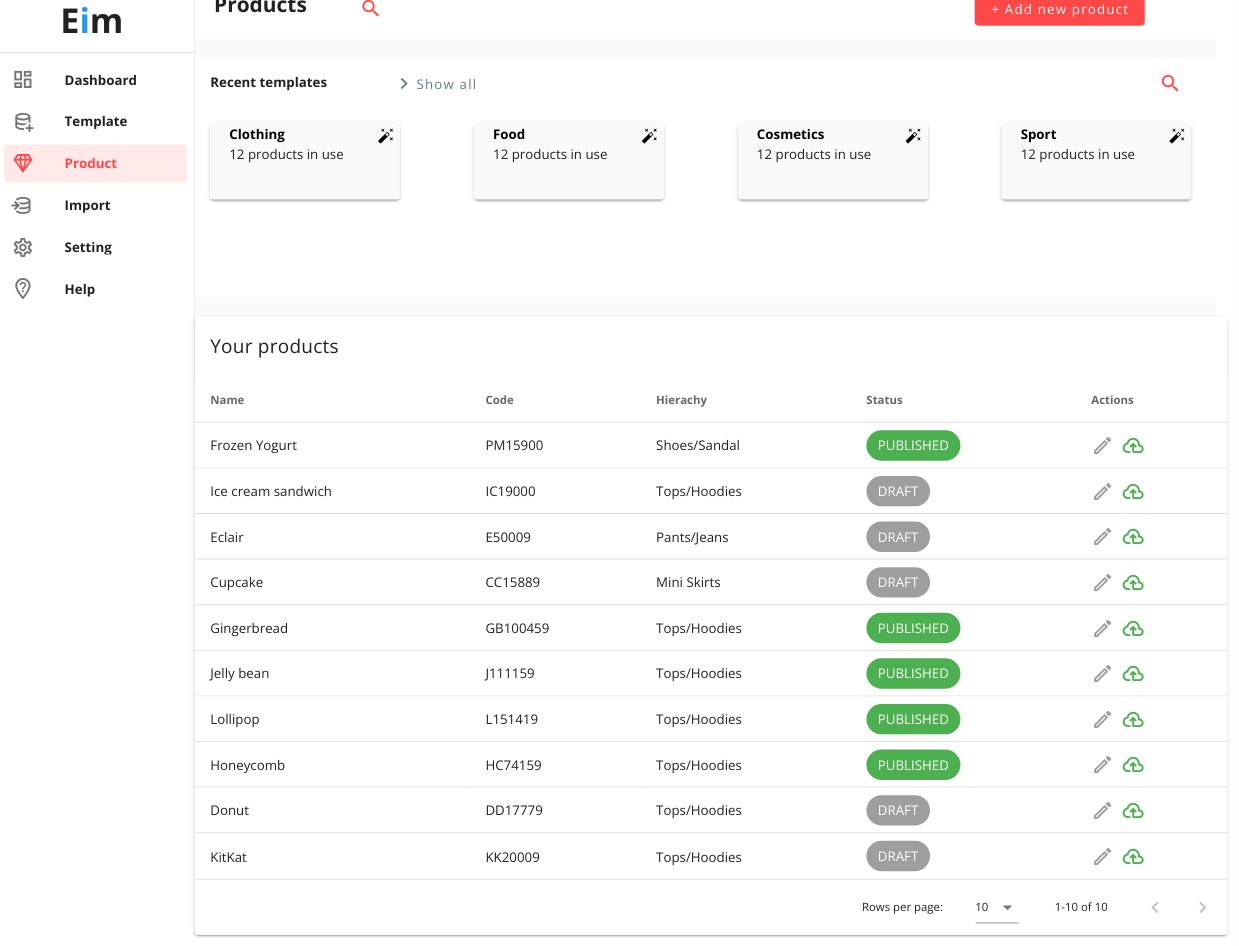
Repository: nguyenphuong152/pim-template
Page: /product
These files come from the project's save history. The page is drawn as it stood at one moment and after the next save; the edit follows.
The browser window is 1280 px wide. The page is 1304 px wide, so the pictures cover 1304 px, including what lies to the right of the window. The pictures show the whole page, at 95% of full size.
The project was rebuilt for these pictures with package versions that can differ from the ones it lists, and the page was loaded fresh each time. Also part of the build but not shown: vue.config.js, src/views/Home.vue, src/components/Outcome_1/SearchTemplate.vue, src/components/Outcome_1/YourTemplate.vue, src/components/Outcome_1/ListComponent.vue, src/components/Outcome_1/AddInfo.vue, src/components/Outcome_1/AddDetail.vue, src/components/Outcome_1/ListComponentProgressive.vue and 18 more.

Above is the page before, as saved 2021-01-19 09:23:05.

### public/index.html
<!DOCTYPE html>
<html lang="en">
  <head>
    <meta charset="utf-8" />
    <meta http-equiv="X-UA-Compatible" content="IE=edge" />
    <meta name="viewport" content="width=device-width,initial-scale=1.0" />
    <link rel="icon" href="<%= BASE_URL %>favicon.ico" />
    <link rel="preconnect" href="https://fonts.gstatic.com" />
    <link rel="preconnect" href="https://fonts.gstatic.com" />
    <link rel="preconnect" href="https://fonts.gstatic.com" />
    <link
      href="https://fonts.googleapis.com/css2?family=Open+Sans:wght@300;400;600;700;800&display=swap"
      rel="stylesheet"
    />
    <link
      href="https://fonts.googleapis.com/css?family=Montserrat:300,400,500,600,700"
      rel="stylesheet"
    />
    <title><%= htmlWebpackPlugin.options.title %></title>
    <link
      rel="stylesheet"
      href="https://fonts.googleapis.com/css?family=Roboto:100,300,400,500,700,900"
    />
    <link
      rel="stylesheet"
      href="https://cdn.jsdelivr.net/npm/@mdi/font@latest/css/materialdesignicons.min.css"
    />
  </head>
  <body>
    <noscript>
      <strong
        >We're sorry but <%= htmlWebpackPlugin.options.title %> doesn't work
        properly without JavaScript enabled. Please enable it to
        continue.</strong
      >
    </noscript>
    <div id="app"></div>
    <!-- built files will be auto injected -->
  </body>
</html>

### src/main.js
import Vue from "vue";
import App from "./App.vue";
import router from "./router";
import "../sass/style.scss";
import vuetify from "./plugins/vuetify";
import store from "./store";
import { VueMaskDirective } from "v-mask";
Vue.directive("mask", VueMaskDirective);

Vue.config.productionTip = false;

new Vue({
  store,
  router,
  vuetify,
  render: (h) => h(App),
}).$mount("#app");

### src/App.vue
<template>
  <v-app v-bind:style="{ background: activeColor }">
    <v-card height="80" flat class="hidden-md-and-up align-baseline">
      <v-row style="height:0px">
        <v-col class="px-0" cols="3">
          <span class="logo text-start">
            E<span class="blue--text">i</span>m</span
          >
        </v-col>
        <v-col>
          <div class="text-end">
            <v-menu offset-y>
              <template v-slot:activator="{ on }">
                <v-app-bar-nav-icon v-on="on"></v-app-bar-nav-icon>
              </template>
              <v-list>
                <v-list-item
                  v-for="(item, index) in items"
                  :key="index"
                  :to="item.path"
                  color="blue"
                >
                  <v-list-item-title class="text-start">{{
                    item.title
                  }}</v-list-item-title>
                </v-list-item>
              </v-list>
            </v-menu>
          </div>
        </v-col>
      </v-row>
    </v-card>

    <v-row>
      <v-col cols="2" class="pa-0 hidden-xs-only">
        <v-navigation-drawer permanent width="220" class="hidden-xs-only">
          <v-list-item>
            <v-list-item-content>
              <v-list-item-title class="logo">
                E<span class="blue--text">i</span>m
              </v-list-item-title>
            </v-list-item-content>
          </v-list-item>

          <v-divider></v-divider>

          <v-list dense nav class="text-start pl-4">
            <v-list-item
              v-for="item in items"
              :key="item.title"
              :to="item.path"
              color="#FF4848"
            >
              <v-list-item-icon>
                <v-icon>{{ item.icon }}</v-icon>
              </v-list-item-icon>
              <v-list-item-content>
                <v-list-item-title class="template-title font-weight-bold ">{{
                  item.title
                }}</v-list-item-title>
              </v-list-item-content>
            </v-list-item>
          </v-list>
        </v-navigation-drawer>
      </v-col>
      <v-col class="pa-0">
        <router-view />
      </v-col>
    </v-row>
  </v-app>
</template>

<script>
export default {
  name: "App",
  components: {},
  watch: {
    $route(to) {
      document.title = `${to.meta.title}`;
    },
  },
  data() {
    return {
      clicked: false,
      activeColor: "#FAFAFA",
      items: [
        { title: "Dashboard", icon: "mdi-view-dashboard-outline", path: "" },
        {
          title: "Template",
          icon: "mdi-database-plus-outline",
          path: "/template",
        },
        { title: "Product", icon: "mdi-diamond-stone", path: "/product" },
        {
          title: "Import",
          icon: "mdi-database-import-outline",
          path: "/import",
        },

        { title: "Setting", icon: "mdi-cog-outline", path: "" },
        { title: "Help", icon: "mdi-map-marker-question-outline", path: "" },
      ],
      right: null,
    };
  },
};
</script>

### src/router/index.js
import Vue from "vue";
import VueRouter from "vue-router";
import Home from "../views/Home.vue";
import Template from "../views/Outcome_1/CreateProductTemplate.vue";
import Product from "../views/Outcome_2/Outcome_2_screen.vue";
import AddProduct from "../views/Outcome_2/AddProduct.vue";
import Import from "../views/Outcome_3/outcome3_screen.vue";

Vue.use(VueRouter);

const routes = [
  {
    path: "/",
    name: "Home",
    component: Home,
  },
  {
    path: "/template",
    name: "Template",
    component: Template,
    meta: {
      title: "Add Template",
    },
  },
  {
    path: "/product",
    name: "Product",
    component: Product,
    meta: {
      title: "Product",
    },
  },
  {
    path: "/addproduct/:name",
    name: "AddProduct",
    component: AddProduct,
    meta: {
      title: "Add Product",
    },
  },
  {
    path: "/import",
    name: "Import",
    component: Import,
    meta: {
      title: "Import",
    },
  },
  {
    path: "/about",
    name: "About",
    // route level code-splitting
    // this generates a separate chunk (about.[hash].js) for this route
    // which is lazy-loaded when the route is visited.
    component: () =>
      import(/* webpackChunkName: "about" */ "../views/About.vue"),
  },
];

const router = new VueRouter({
  mode: "history",
  base: process.env.BASE_URL,
  routes,
});

export default router;

### sass/style.scss
$font-primary: 'Open Sans',
sans-serif;

@import "~vuetify/src/styles/styles.sass";

$fontsize-content: 14px;
$fontsize-title: 24px;
$fontsize-logo:36px;
$fontsize-header:22px;
$fontsize-nav:20px;


#app {
  font-family: $font-primary;
   font-size:$fontsize-content;
  -webkit-font-smoothing: antialiased;
  -moz-osx-font-smoothing: grayscale;
  text-align: center;
  color: #2c3e50;
}

#nav {
  padding: 30px;
}

#nav a {
  font-weight: bold;
  color: #2c3e50;
}

#nav a.router-link-exact-active {
  color: #42b983;
}

.title {
  font: $font-primary !important;
  font-size: $fontsize-nav !important;
}

.logo {
  @extend .title;
  font-weight: 700 !important;
  font-size: $fontsize-logo !important;
}

.text-header {
  font: $font-primary !important;
  font-size: $fontsize-header !important;
  font-weight: 700;
}


.template-title {
  @extend .title;
  font-size: $fontsize-content !important;
}

### src/store/index.js
import Vue from "vue";
import Vuex from "vuex";

Vue.use(Vuex);

import state from "./state";
import * as getters from "./getters";
import * as mutations from "./mutations";
import * as actions from "./actions";

export default new Vuex.Store({
  state,
  getters,
  mutations,
  actions,
});

### src/views/Outcome_2/Outcome_2_screen.vue
<template>
  <div>
    <v-row>
      <v-col height="100%"
        ><Search />
        <br />
        <RecentTemplate />
        <br />
        <ListProduct
          :class="{
            'mx-6': $vuetify.breakpoint.smAndDown,
            'ma-0': $vuetify.breakpoint.mdAndUp,
          }"
        />
      </v-col>
    </v-row>
  </div>
</template>

<script>
import Search from "../../components/Outcome_2/SearchProduct";
import RecentTemplate from "../../components/Outcome_2/RecentTemplate";
import ListProduct from "../../components/Outcome_2/ListProduct";
export default {
  components: {
    Search,
    RecentTemplate,
    ListProduct,
  },
};
</script>

<style></style>

### src/store/state.js
export default {
  listNewComponent: [],

  basicInfo: [],
  textComponent: [],
  imageComponent: null,
  videoComponent: null,
  colorComponent: null,
  dateComponent: [],
  selectComponent: {
    selectionTitle: [],
  },
  listTemplate: [],
  customComponent: [],

  toogleRerenderComponent: 0,
  generateImage: 1,
};

### src/store/getters.js
export const listComponent = (state) => {
  return state.listNewComponent;
};

export const basicInfo = (state) => {
  return state.basicInfo;
};

export const textComponent = (state) => {
  return state.textComponent;
};
export const imageComponent = (state) => {
  return state.imageComponent;
};
export const videoComponent = (state) => {
  return state.videoComponent;
};
export const colorComponent = (state) => {
  return state.colorComponent;
};
export const dateComponent = (state) => {
  return state.dateComponent;
};
export const selectComponent = (state) => {
  return state.selectComponent;
};

export const key = (state) => {
  return state.toogleRerenderComponent;
};

export const listTemplate = (state) => {
  return state.listTemplate;
};

export const generateImage = (state) => {
  return state.generateImage;
};

### src/store/actions.js
export const addComponentToList = ({ commit }, { component }) => {
  commit("ADD_TO_LIST", { component });
};

export const deleteComponentFromList = ({ commit }, component) => {
  commit("DELETE_FROM_LIST", component);
};

export const addBasicInfoForTemplate = ({ commit }, { basicInfo }) => {
  commit("ADD_BASIC_INFO_FOR_TEMPLATE", basicInfo);
};

export const addTextComponentForTemplate = ({ commit }, { textComponent }) => {
  commit("ADD_TEXT_COMPONENT_FOR_TEMPLATE", textComponent);
};

export const addImageComponentForTemplate = ({ commit }, { countImage }) => {
  commit("ADD_IMAGE_COMPONENT_FOR_TEMPLATE", countImage);
};

export const addVideoComponentForTemplate = ({ commit }, { countVideo }) => {
  commit("ADD_VIDEO_COMPONENT_FOR_TEMPLATE", countVideo);
};

export const addColorComponentForTemplate = ({ commit }, { countColor }) => {
  commit("ADD_COLOR_COMPONENT_FOR_TEMPLATE", countColor);
};

export const addDateComponentForTemplate = ({ commit }, { dateComponent }) => {
  commit("ADD_DATE_COMPONENT_FOR_TEMPLATE", dateComponent);
};

export const addSelectComponentForTemplate = (
  { commit },
  { title, selections }
) => {
  commit("ADD_SELECT_COMPONENT_FOR_TEMPLATE", { title, selections });
};

export const rerenderComponent = ({ commit }) => {
  commit("RERENDER_COMPONENT");
};

export const generateImage = ({ commit }) => {
  commit("GENERATE_IMAGE");
};

export const deleteListTemplate = ({ commit }) => {
  commit("DELETE_LIST");
};

export const createTemplate = (
  { commit },
  {
    name,
    basicInfo,
    textComponent,
    imageComponent,
    videoComponent,
    colorComponent,
    dateComponent,
    selectComponent,
  }
) => {
  commit("CREATE_TEMPLATE", {
    name,
    basicInfo,
    textComponent,
    imageComponent,
    videoComponent,
    colorComponent,
    dateComponent,
    selectComponent,
  });
};

### src/components/Outcome_2/SearchProduct.vue
<template>
  <v-card class="text-start" height="65" flat>
    <v-row class="d-flex align-baseline">
      <v-col class="text-header pl-8" cols="2">Products</v-col>
      <v-col class="px-0">
        <v-icon color="#ff4848">
          mdi-magnify
        </v-icon></v-col
      >
      <v-col sm="8" md="3" class="pa-0 hidden-xs-only">
        <v-btn
          depressed
          color="#ff4848"
          class="white--text text-none font-weight-medium"
        >
          + Add new product</v-btn
        >
      </v-col>
    </v-row>
  </v-card>
</template>

<script>
export default {
  methods: {},
};
</script>

<style></style>

### src/components/Outcome_2/RecentTemplate.vue
<template>
  <v-card :height="setHeight" width="100%" class="py-2" flat>
    <v-row class="align-baseline mx-4">
      <v-col class="py-0 text-start px-0" cols="2"
        ><span class="font-weight-bold">Recent templates</span>
      </v-col>
      <v-col class="px-0 text-start">
        <v-dialog v-model="dialog" scrollable max-width="300px">
          <template v-slot:activator="{ on, attrs }">
            <v-btn
              color="blue-grey"
              dark
              v-bind="attrs"
              v-on="on"
              text
              style="text-transform:none"
            >
              <v-icon color="blue-grey"> mdi-chevron-right </v-icon>Show all
            </v-btn>
          </template>
          <v-card height="100%">
            <v-card-title>
              Your template
              <v-spacer></v-spacer>
              <v-icon color="red" @click="dialog = false"
                >mdi-window-close</v-icon
              >
            </v-card-title>
            <v-divider></v-divider>
            <v-card-text style="height:500px;">
              <v-col v-for="(item, i) in templates" :key="i"
                ><v-card color="#fafafa" @click="addProduct(item.name)">
                  <div class="d-flex flex-no-wrap justify-space-between">
                    <div>
                      <v-row>
                        <v-col class="text-start pl-8">
                          <span
                            class="template-title font-weight-bold black--text"
                            >{{ item.name }}</span
                          >
                          <br />
                          <span class="font-weight-thin">{{
                            item.products
                          }}</span>
                        </v-col>
                      </v-row>
                    </div>
                  </div>
                </v-card></v-col
              ></v-card-text
            >
          </v-card>
        </v-dialog>
      </v-col>
      <v-col cols="1">
        <v-icon color="#ff4848">
          mdi-magnify
        </v-icon>
      </v-col>
    </v-row>
    <v-row>
      <v-col v-for="(item, i) in items" :key="i" class="mx-4 " xs="6">
        <v-card
          color="#fafafa"
          :width="setWidthCard"
          height="80"
          @click="addProduct(item.name)"
        >
          <div class="d-flex child-flex justify-space-between">
            <v-row>
              <v-col class="text-start pl-8">
                <span class="template-title font-weight-bold black--text">{{
                  item.name
                }}</span>
                <br />
                <span class="font-weight-thin">{{ item.products }}</span>
              </v-col>
              <v-col cols="1">
                <v-icon color="black" size="18" @click="showAddTemplate()"
                  >mdi-auto-fix</v-icon
                >
              </v-col>
            </v-row>
          </div>
        </v-card>
      </v-col>
      <v-row class="align-baseline hidden-md-and-up">
        <v-col class="text-start pl-10">
          <v-btn outlined style="text-transform:none" color="blue"
            >Add template</v-btn
          >
        </v-col>
        <v-col cols="5">
          <v-dialog v-model="dialog" scrollable max-width="300px">
            <template v-slot:activator="{ on, attrs }">
              <v-btn
                color="blue-grey"
                dark
                v-bind="attrs"
                v-on="on"
                text
                style="text-transform:none"
              >
                <v-icon color="blue-grey"> mdi-chevron-right </v-icon>Show all
              </v-btn>
            </template>
            <v-card height="100%">
              <v-card-title>
                Your template
                <v-spacer></v-spacer>
                <v-icon color="red" @click="dialog = false"
                  >mdi-window-close</v-icon
                >
              </v-card-title>
              <v-divider></v-divider>
              <v-card-text style="height:500px;">
                <v-col v-for="(item, i) in templates" :key="i"
                  ><v-card color="#fafafa" @click="addProduct(item.name)">
                    <div class="d-flex flex-no-wrap justify-space-between">
                      <div>
                        <v-row>
                          <v-col class="text-start pl-8">
                            <span
                              class="template-title font-weight-bold black--text"
                              >{{ item.name }}</span
                            >
                            <br />
                            <span class="font-weight-thin">{{
                              item.products
                            }}</span>
                          </v-col>
                        </v-row>
                      </div>
                    </div>
                  </v-card></v-col
                ></v-card-text
              >
            </v-card>
          </v-dialog>
        </v-col>
      </v-row>
    </v-row>
  </v-card>
</template>

<script>
export default {
  data: () => ({
    dialog: false,
    items: [
      {
        name: "Clothing",
        products: "12 products in use",
      },
      {
        name: "Food",
        products: "12 products in use",
      },
      {
        name: "Cosmetics",
        products: "12 products in use",
      },
      {
        name: "Sport",
        products: "12 products in use",
      },
    ],
    templates: [
      {
        name: "Clothing",
        products: "12 products in use",
      },
      {
        name: "Food",
        products: "12 products in use",
      },
      {
        name: "Cosmetics",
        products: "12 products in use",
      },
      {
        name: "Sport",
        products: "12 products in use",
      },
    ],
  }),
  methods: {
    addProduct(text) {
      this.$router.push({
        name: "AddProduct",
        params: { name: text },
      });
    },
  },
  created() {
    this.listTemplate = this.$store.getters.listTemplate;
    for (var i = 0; i < this.listTemplate.length; i++) {
      var element = {};
      element.name = this.listTemplate[i].name;
      element.products = "Add new product !";
      this.templates.unshift(element);
    }
  },
  computed: {
    setHeight() {
      if (
        this.$vuetify.breakpoint.name === "xs" ||
        this.$vuetify.breakpoint.name === "sm"
      ) {
        return 350;
      } else return 250;
    },
    setWidthCard() {
      if (
        this.$vuetify.breakpoint.name === "xs" ||
        this.$vuetify.breakpoint.name === "sm"
      ) {
        return 150;
      } else if (this.$vuetify.breakpoint.name === "md") {
        return 200;
      } else return 200;
    },
  },
};
</script>

<style></style>

### src/components/Outcome_2/ListProduct.vue
<template>
  <v-card>
    <v-card-title>
      Your products
    </v-card-title>
    <v-data-table :headers="headers" :items="desserts">
      <template v-slot:item.status="{ item }">
        <v-chip :color="getColor(item.status)" dark>
          {{ item.status }}
        </v-chip>
      </template>
      <template v-slot:item.actions="{ item }">
        <v-icon medium class="mr-2" @click="editItem(item)" color="grey">
          mdi-pencil-outline
        </v-icon>
        <v-icon medium @click="deleteItem(item)" color="green">
          mdi-cloud-upload-outline
        </v-icon>
      </template>
    </v-data-table>
  </v-card>
</template>

<script>
export default {
  data() {
    return {
      search: "",
      headers: [
        {
          text: "Name",
          align: "start",
          sortable: false,
          value: "name",
        },
        { text: "Code", value: "code" },
        { text: "Hierachy", value: "hierachy" },
        { text: "Status", value: "status" },
        { text: "Actions", value: "actions", sortable: false },
      ],
      desserts: [
        {
          name: "Frozen Yogurt",
          code: "PM15900",
          hierachy: "Shoes/Sandal",
          status: "PUBLISHED",
        },
        {
          name: "Ice cream sandwich",
          code: "IC19000",
          hierachy: "Tops/Hoodies",
          status: "DRAFT",
        },
        {
          name: "Eclair",
          code: "E50009",
          hierachy: "Pants/Jeans",
          status: "DRAFT",
        },
        {
          name: "Cupcake",
          code: "CC15889",
          hierachy: "Mini Skirts",
          status: "DRAFT",
        },
        {
          name: "Gingerbread",
          code: "GB100459",
          hierachy: "Tops/Hoodies",
          status: "PUBLISHED",
        },
        {
          name: "Jelly bean",
          code: "J111159",
          hierachy: "Tops/Hoodies",
          status: "PUBLISHED",
        },
        {
          name: "Lollipop",
          code: "L151419",
          hierachy: "Tops/Hoodies",
          status: "PUBLISHED",
        },
        {
          name: "Honeycomb",
          code: "HC74159",
          hierachy: "Tops/Hoodies",
          status: "PUBLISHED",
        },
        {
          name: "Donut",
          code: "DD17779",
          hierachy: "Tops/Hoodies",
          status: "DRAFT",
        },
        {
          name: "KitKat",
          code: "KK20009",
          hierachy: "Tops/Hoodies",
          status: "DRAFT",
        },
      ],
    };
  },
  methods: {
    getColor(status) {
      if (status === "DRAFT") return "grey";
      else return "green";
    },
  },
};
</script>

Loaded but not shown: src/plugins/vuetify.js (common file); src/store/mutations.js (113 lines, source omitted)

After the next save:
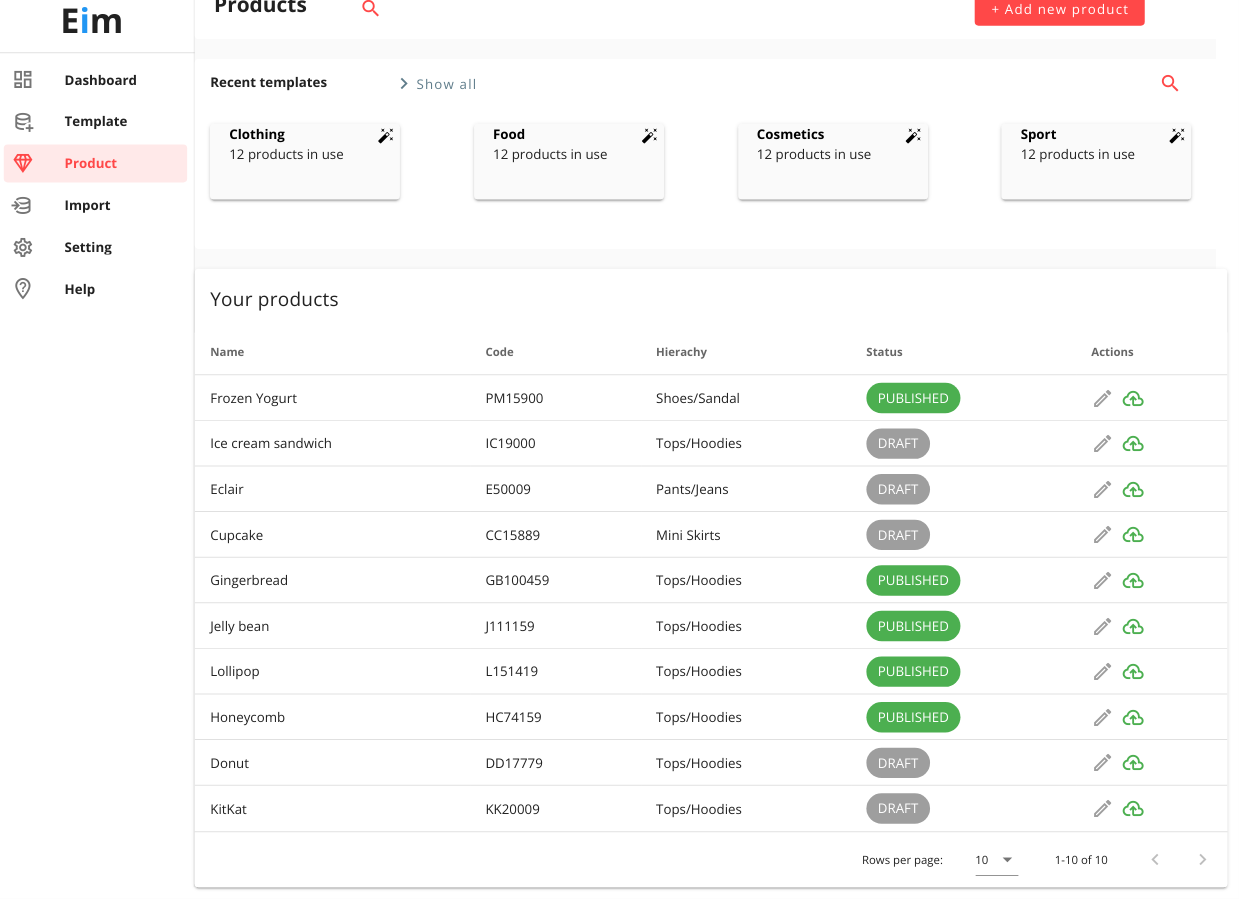
Saved 27 s later.
--- a/src/components/Outcome_2/RecentTemplate.vue
+++ b/src/components/Outcome_2/RecentTemplate.vue
@@ -208,7 +208,7 @@ export default {
         this.$vuetify.breakpoint.name === "sm"
       ) {
         return 350;
-      } else return 250;
+      } else return 200;
     },
     setWidthCard() {
       if (
